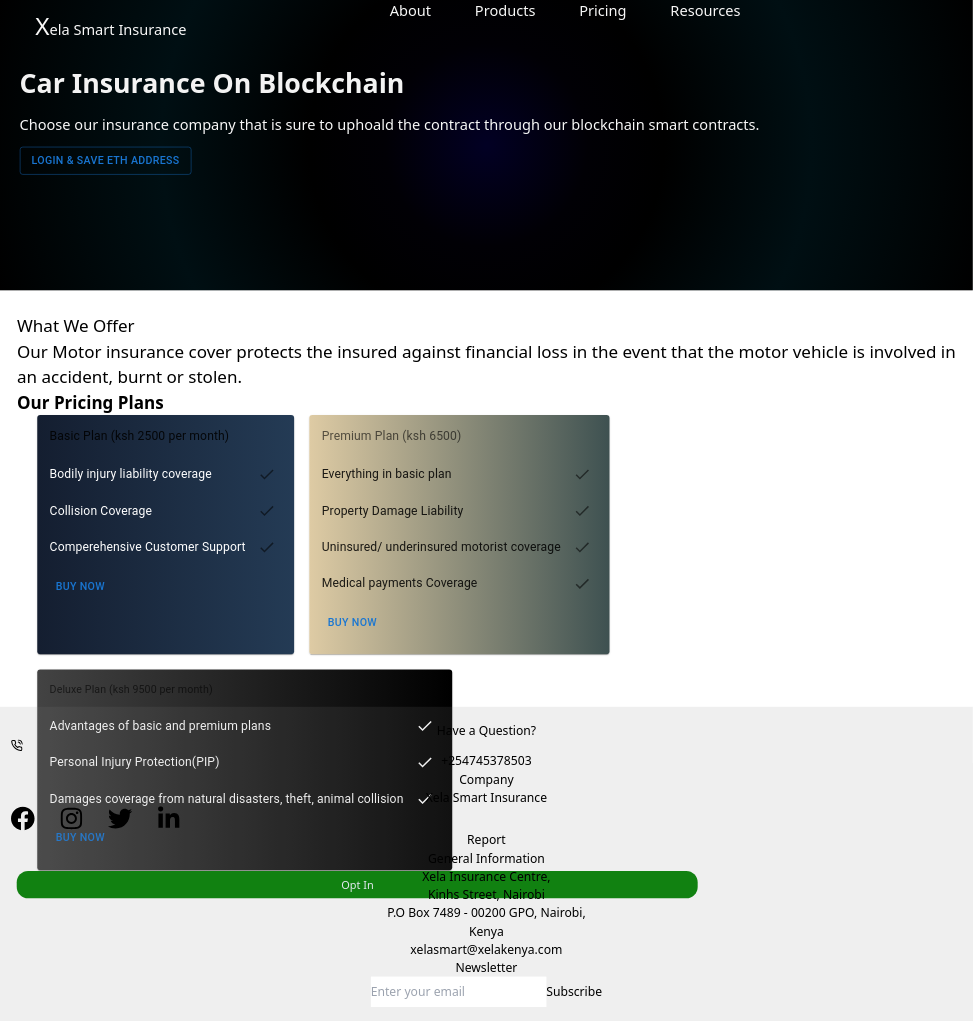
Repository: ALVIN-OBONYO/Xela-smart_insuarance
Page: / (app in frontend/)
These files come from the project's save history. The page is drawn as it stood at one moment and after the next save; the edit follows.
The browser window is 1280 px wide. The pictures show the whole page, at 76% of full size.
The project was rebuilt for these pictures with package versions that can differ from the ones it lists, and the page was loaded fresh each time. Also part of the build but not shown: frontend/src/Pages/Policies.jsx, frontend/src/Components/Calendar.css, frontend/src/Components/Calendar.jsx, frontend/src/Components/Input.js, frontend/src/Components/Upload.css, frontend/src/Components/Upload.js, frontend/src/Pages/ReportForm.jsx, frontend/src/Pages/Report.jsx and 2 more.

Above is the page before, as saved 2022-10-03 16:25:17.

After the next save:
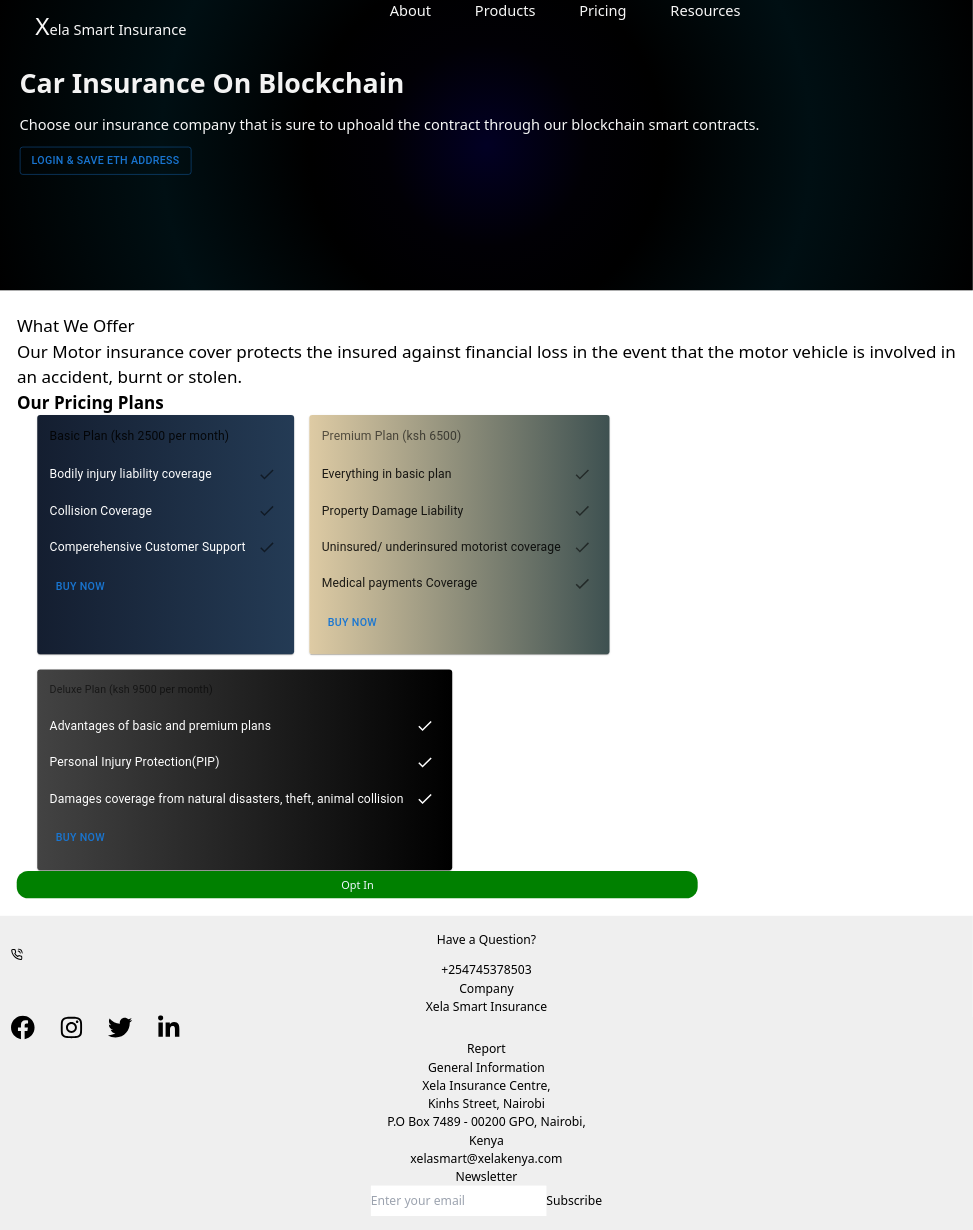
Saved 53 s later.
--- a/frontend/src/Components/Navbar.css
+++ b/frontend/src/Components/Navbar.css
@@ -41,7 +41,7 @@ nav {
     padding: 1em;
     text-align: justify;
     font-size: 1.4rem;
-    height: 75vh;
+
     position: relative;
 }
 
